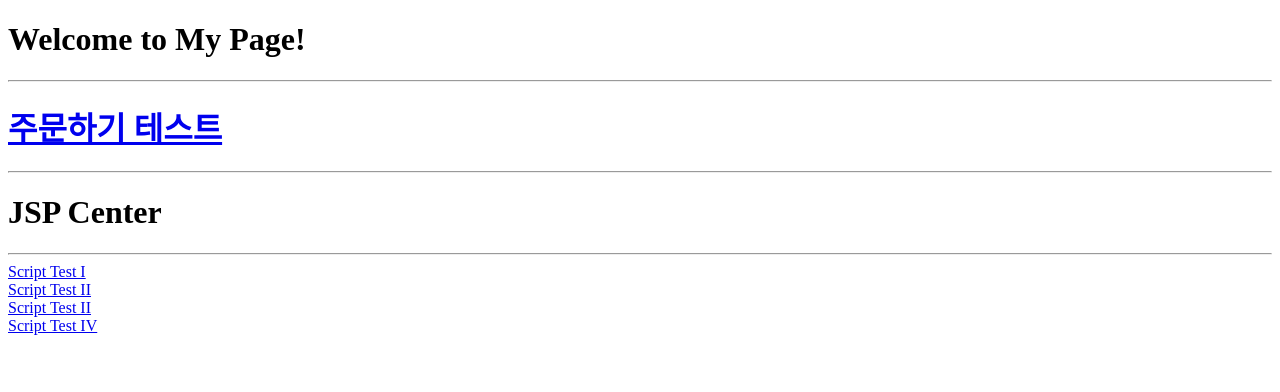
Repository: zxcvne/1400_web_nhs
Page: 05_jsp/src/web/src/main/webapp/index.html
The author's editor kept a copy of each file at every save. The page is drawn from the files as they stood at one save, then again after the next save.
The browser window is 1280 px wide. The pictures show the whole page.

Above is the page before, as saved 2025-10-26 05:25:00.

After the next save:
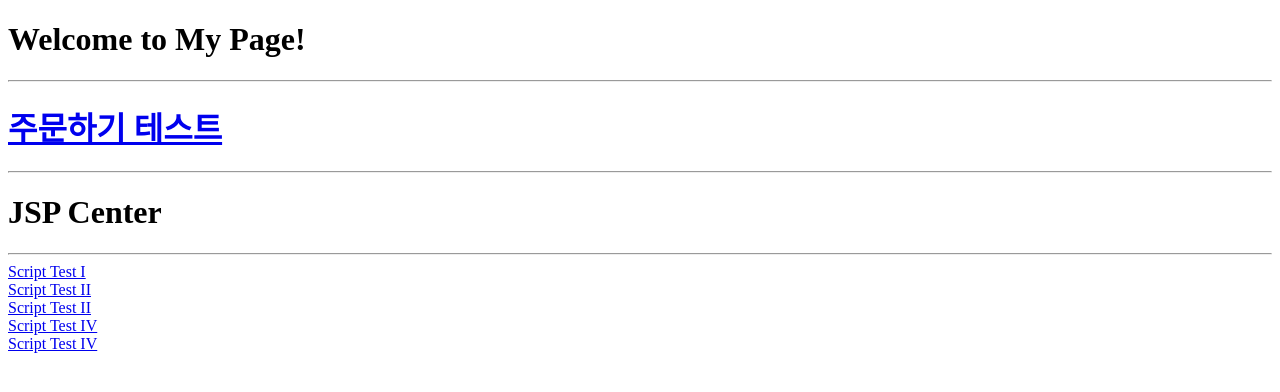
Saved 14 s later.
--- a/05_jsp/src/web/src/main/webapp/index.html
+++ b/05_jsp/src/web/src/main/webapp/index.html
@@ -15,5 +15,6 @@
 	<a href="02_script_test.jsp">Script Test II</a> <br>
 	<a href="03_script_test.jsp">Script Test II</a> <br>
 	<a href="04_script_test.jsp">Script Test IV</a> <br>
+	<a href="05_directive.jsp">Script Test IV</a> <br>
 </body>
 </html>
